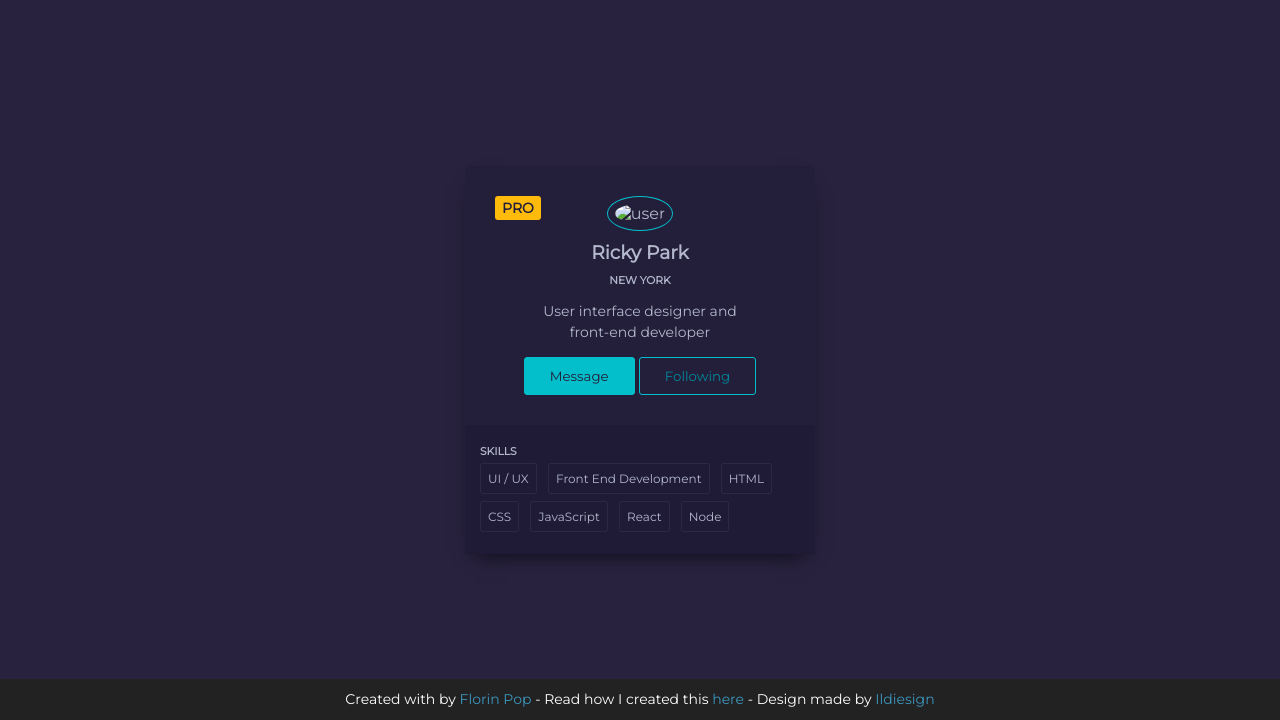
Repository: JhonMercedes/flip-card
Page: index.html
The author's editor kept a copy of each file at every save. The page is drawn from the files as they stood at one save, then again after the next save.
The browser window is 1280 px wide. The pictures show the whole page.

Above is the page before, as saved 2021-12-03 16:19:57.

### index.html
<!DOCTYPE html>
<html lang="en">

<head>
    <meta charset="UTF-8">
    <meta http-equiv="X-UA-Compatible" content="IE=edge">
    <meta name="viewport" content="width=device-width, initial-scale=1.0">
    <link rel="stylesheet" href="style.css">
    <title>Document</title>
</head>

<body>

    <div class="card-container">
        <span class="pro">PRO</span>
        <img class="round" src="" alt="user" />
        <h3>Ricky Park</h3>
        <h6>New York</h6>
        <p>User interface designer and <br /> front-end developer</p>
        <div class="buttons">
            <button class="primary">
                Message
            </button>
            <button class="primary ghost">
                Following
            </button>
        </div>
        <div class="skills">
            <h6>Skills</h6>
            <ul>
                <li>UI / UX</li>
                <li>Front End Development</li>
                <li>HTML</li>
                <li>CSS</li>
                <li>JavaScript</li>
                <li>React</li>
                <li>Node</li>
            </ul>
        </div>
    </div>

    <footer>
        <p>
            Created with <i class="fa fa-heart"></i> by
            <a target="_blank" href="https://florin-pop.com">Florin Pop</a>
            - Read how I created this
            <a target="_blank" href="https://florin-pop.com/blog/2019/04/profile-card-design">here</a>
            - Design made by
            <a target="_blank" href="https://dribbble.com/shots/6276930-Profile-Card-UI-Design">Ildiesign</a>
        </p>
    </footer>
</body>

</html>

### style.css
@import url('https://fonts.googleapis.com/css?family=Montserrat');

*{
	box-sizing: border-box;
}

body {
	background-color: #28223F;
	font-family: Montserrat, sans-serif;

	display: flex;
	align-items: center;
	justify-content: center;
	flex-direction: column;

	min-height: 100vh;
	margin: 0;
}

h3 {
	margin: 10px 0;
}

h6 {
	margin: 5px 0;
	text-transform: uppercase;
}

p {
	font-size: 14px;
	line-height: 21px;
}

.card-container {
	background-color: #231E39;
	border-radius: 5px;
	box-shadow: 0px 10px 20px -10px rgba(0,0,0,0.75);
	color: #B3B8CD;
	padding-top: 30px;
	position: relative;
	width: 350px;
	max-width: 100%;
	text-align: center;
}

.card-container .pro {
	color: #231E39;
	background-color: #FEBB0B;
	border-radius: 3px;
	font-size: 14px;
	font-weight: bold;
	padding: 3px 7px;
	position: absolute;
	top: 30px;
	left: 30px;
}

.card-container .round {
	border: 1px solid #03BFCB;
	border-radius: 50%;
	padding: 7px;
}

button.primary {
	background-color: #03BFCB;
	border: 1px solid #03BFCB;
	border-radius: 3px;
	color: #231E39;
	font-family: Montserrat, sans-serif;
	font-weight: 500;
	padding: 10px 25px;
}

button.primary.ghost {
	background-color: transparent;
	color: #02899C;
}

.skills {
	background-color: #1F1A36;
	text-align: left;
	padding: 15px;
	margin-top: 30px;
}

.skills ul {
	list-style-type: none;
	margin: 0;
	padding: 0;
}

.skills ul li {
	border: 1px solid #2D2747;
	border-radius: 2px;
	display: inline-block;
	font-size: 12px;
	margin: 0 7px 7px 0;
	padding: 7px;
}

footer {
    background-color: #222;
    color: #fff;
    font-size: 14px;
    bottom: 0;
    position: fixed;
    left: 0;
    right: 0;
    text-align: center;
    z-index: 999;
}

footer p {
    margin: 10px 0;
}

footer i {
    color: red;
}

footer a {
    color: #3c97bf;
    text-decoration: none;
}

After the next save:
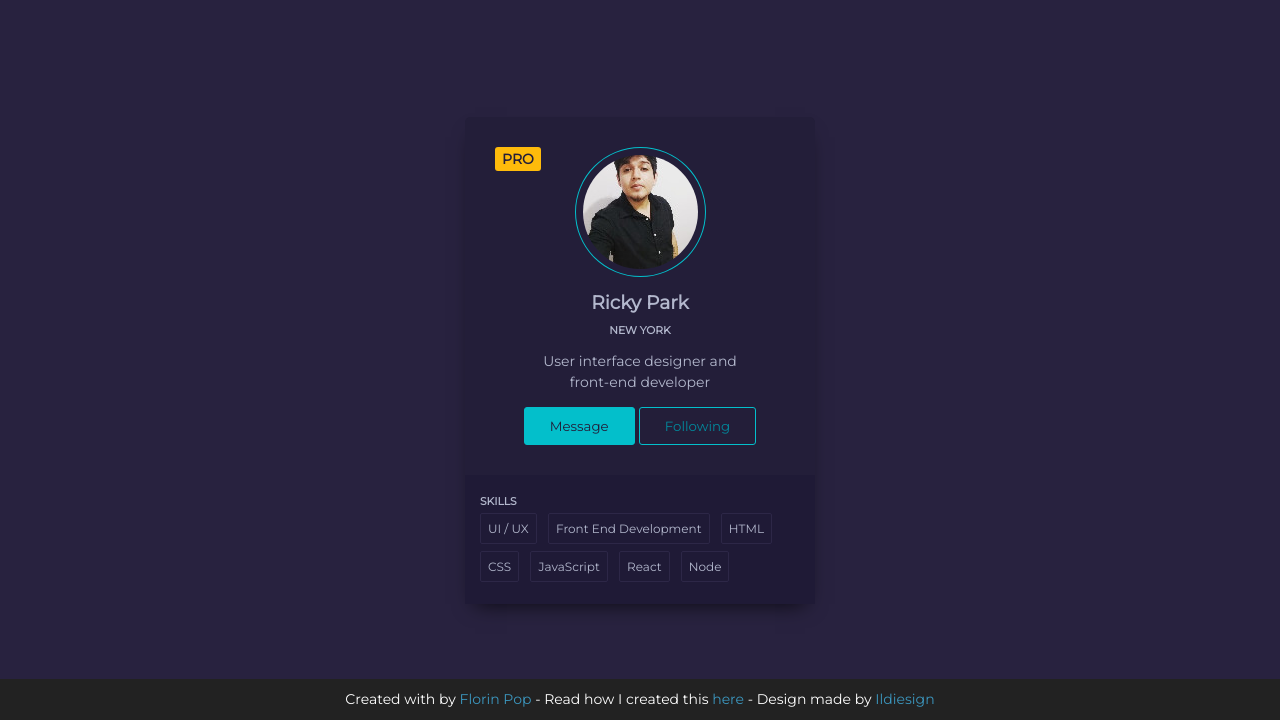
Saved 2 min 8 s later.
--- a/index.html
+++ b/index.html
@@ -13,7 +13,7 @@
 
     <div class="card-container">
         <span class="pro">PRO</span>
-        <img class="round" src="" alt="user" />
+        <img class="round" src="jhonarmando.jpeg" alt="user" />
         <h3>Ricky Park</h3>
         <h6>New York</h6>
         <p>User interface designer and <br /> front-end developer</p>
